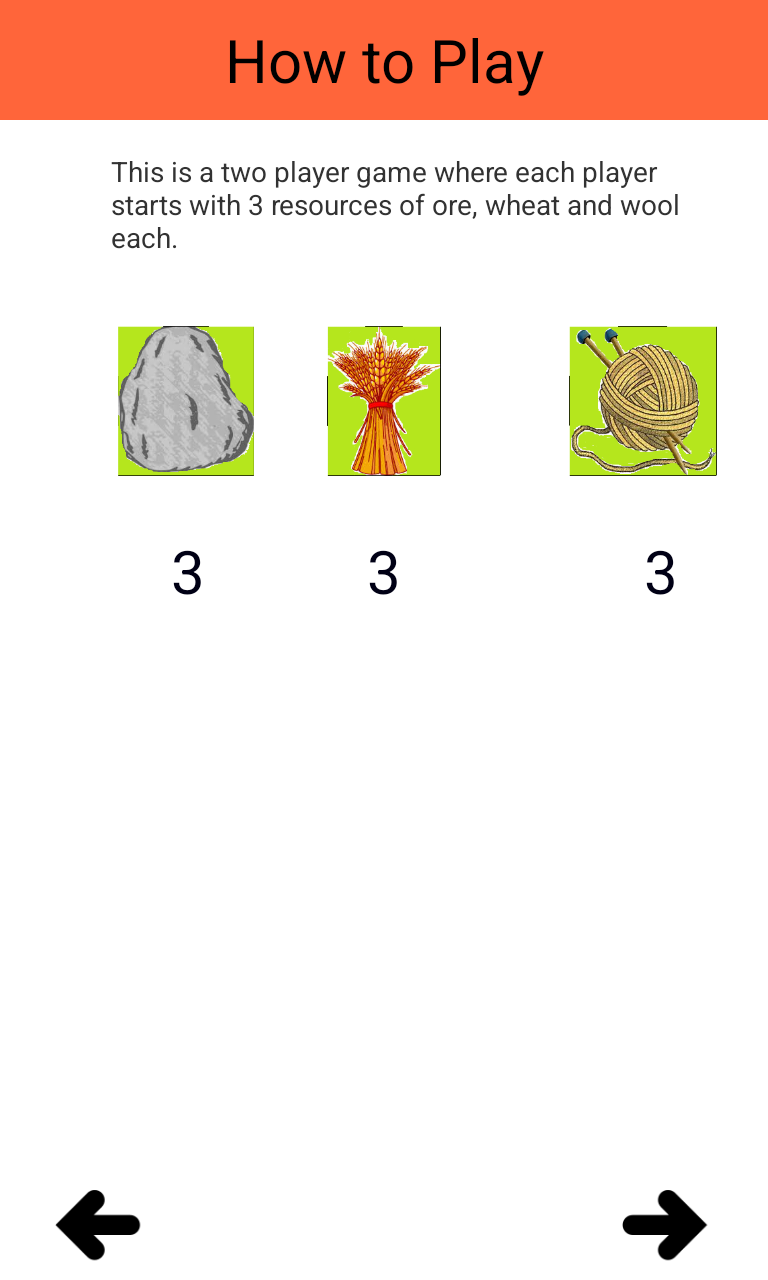
Repository: nidafarooqui/Trading-Game-Version-3
Layout: TaikunServer/res/layout/activity_help_one.xml
These files come from the project's save history. The layout is drawn as it stood at one moment and after the next save; the edit follows.
It is drawn on a 768 x 1280 px phone screen (xhdpi) without system bars, with theme AppTheme; the app's code is not run.

Above is the layout before, as saved 2014-08-17 00:23:26.

After the next save:
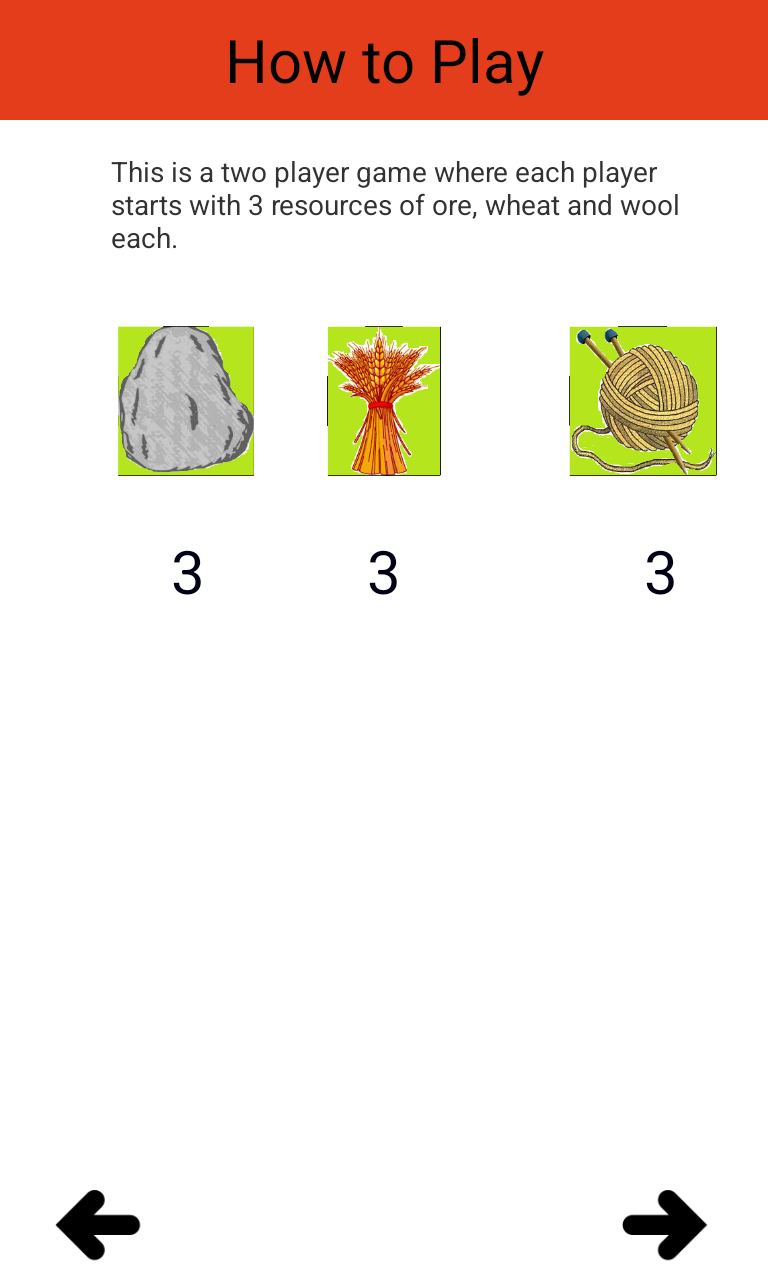
Saved 22 s later.
--- a/TaikunServer/res/layout/activity_help_one.xml
+++ b/TaikunServer/res/layout/activity_help_one.xml
@@ -82,7 +82,7 @@
         android:layout_height="60dp"
         android:layout_alignParentLeft="true"
         android:layout_alignParentTop="true"
-        android:background="#FF653A"
+        android:background="@color/orrange"
         android:gravity="center_horizontal|center_vertical"
         android:text="How to Play"
         android:textAppearance="?android:attr/textAppearanceLarge"
